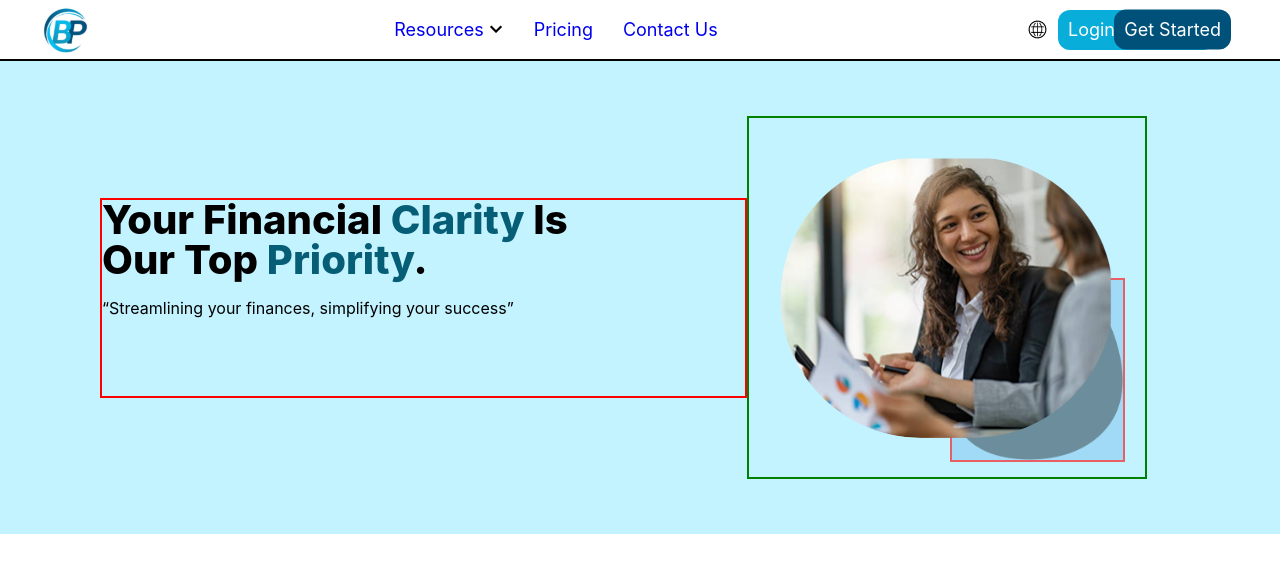
Repository: dark-txch/Bizpadi
Page: /
The author's editor kept a copy of each file at every save. The page is drawn from the files as they stood at one save, then again after the next save.
The browser window is 1280 px wide. The pictures show the whole page.
The project was rebuilt for these pictures with package versions that can differ from the ones it lists, and the page was loaded fresh each time. Also part of the build but not shown: vite.config.js.

Above is the page before, as saved 2025-04-02 05:13:26.

### index.html
<!DOCTYPE html>
<html lang="en">
	<head>
		<meta charset="UTF-8" />
		<link rel="icon" type="image/svg+xml" href="/public/logo.svg" />
		<meta name="viewport" content="width=device-width, initial-scale=1.0" />
		<title>Bizpadi</title>
	</head>
	<body>
		<div id="root"></div>
		<script type="module" src="/src/main.jsx"></script>
	</body>
</html>

### src/index.css
:root {
	font-family: system-ui, Avenir, Helvetica, Arial, sans-serif;
	line-height: 1.5;
	font-weight: 400;

	color-scheme: light dark;
	color: black;
	background-color: white;

	font-synthesis: none;
	text-rendering: optimizeLegibility;
	-webkit-font-smoothing: antialiased;
	-moz-osx-font-smoothing: grayscale;
}

* {
	box-sizing: border-box;
	padding: 0;
	margin: 0;
	outline: none;
	border: none;
}

body {
	height: 100vh;
	width: 100vw;
	overflow: hidden;

	font-family: "inter", sans-serif;
}

a {
	text-decoration: none;
}

### src/App.jsx
import "./App.css";
import Nav from "./components/LandingPage/Nav";
import MidSection from "./components/LandingPage/MidSection";

function App() {
	return (
		<>
			<Nav />
			<MidSection />
		</>
	);
}

export default App;

### src/App.css
/*  LANDING PAGE/Main container */

@font-face {
	font-family: "MyCustomFont";
	src: url("/fonts/Inter/Inter-Italic-VariableFont_opsz,wght.ttf")
			format("truetype"),
		url("/fonts/Inter/Inter-VariableFont_opsz,wght.ttf") format("truetype");
	font-weight: normal;
	font-style: normal;
}

nav.homepage-nav {
	/*  this is the parent container */
	width: 100vw;
	height: 61px;
	display: flex;
	font-size: 18px;
	align-items: center;
	justify-content: space-between;
	border-bottom: 2px solid #000;
	box-shadow: 1px 1px 2px 0px rgba(0, 0, 0, 0.25%);
}

nav.homepage-nav .logo {
	/* this is the first div "LOGO" */
	margin-left: 30px;
	margin-top: 10px;
}

nav.homepage-nav :nth-child(2) a {
	/* this is the middle div */
	width: 309px;
	height: 24px;
	position: relative;
}

.homepage-nav div:nth-child(2) a:nth-of-type(1) {
	margin-right: 50px;
}

.homepage-nav div:nth-child(2) a:nth-of-type(2) {
	margin-right: 30px;
}

nav.homepage-nav :nth-child(2) a > img {
	position: absolute;
}

.homepage-nav div:nth-child(3) {
	/* this is the login and get started container .. the third div*/
	width: 218px;
	height: 40px;
	display: flex;
	justify-content: center;
	align-items: center;
	gap: 10px;
	position: relative;
	color: white;
	border-radius: 12px;
	margin-right: 50px;
}

.homepage-nav div:nth-child(3) a:nth-of-type(1) {
	/* this is the login button */
	background-color: #09adda;
	color: inherit;
	display: inline-block;
	width: 157px;
	padding: 8px;
	height: inherit;
	padding-left: 10px;
	border-radius: inherit;
	display: flex;
	align-items: center;
}

.homepage-nav div:nth-child(3) a:nth-of-type(2) {
	/* this is the signup button */
	background-color: #00517a;
	color: inherit;
	display: inline-block;
	/* width: 110px; */
	padding-left: 10px;
	padding-right: 10px;
	height: inherit;
	border-radius: inherit;
	position: absolute;
	top: -2px;
	right: -10px;
	transform: translate(-9px, 1.5px);
	display: flex;
	align-items: center;
}

/* MIDSECTION */
.midSection {
	background-color: #c3f3ff;
	height: 473px;
	display: flex;
	align-items: center;
}

.landingPageMotto {
	display: inline-block;
	width: 647px;
	height: 200px;
	top: 166px;
	left: 113px;
	/* gap: 19px; */

	margin-left: 100px;

	border: 2px solid red;
}

.landingPageMotto > h1 {
	width: 538px;
	height: 96px;

	font-weight: 800;
	font-size: 40px;
	line-height: 100%;
	text-transform: capitalize;
}

.landingPageMotto > h1 span {
	color: #065d76;
}

.landingPageImages {
	position: relative;
	border: 2px solid green;
	width: 399.93px;
	height: 362.9px;
	display: flex;
	justify-content: center;
	align-items: center;
}

.landingPageImages > img {
	position: absolute;
}

.landingPageImages > img:nth-of-type(1) {
	width: 334.57px;
	height: 281.66px;
	border-radius: 150px;
	z-index: 100;
}

.landingPageImages > img:nth-of-type(2) {
	width: 175.07px;
	height: 184.4px;
	top: 160px;
	right: 20px;
	background-color: #65b0e799;
	opacity: 0.6;

	border: 2px solid red;
}

.landingPageImages > img:nth-of-type(3) {
}

### src/components/LandingPage/Nav.jsx
export default function Nav() {
	return (
		// Main Landing container, parent housing the landing page
		<>
			{/* Inside of the main is the nav element */}
			<nav className="homepage-nav">
				<div className="logo">
					<img src="/assets/icons/logo.svg" alt="Bizpadi icon" />
				</div>

				{/* Second div */}
				<div>
					<a href="#">
						Resources
						<img src="/assets/icons/dropdown.png" alt="dropdown icon" />
					</a>
					<a href="#">Pricing</a>
					<a href="#">Contact Us</a>
				</div>

				{/* Third div */}
				<div>
					<img src="/assets/icons/world.png" alt="world" />
					<a href="#">Login</a>
					<a href="#">Get Started</a>
				</div>
			</nav>
		</>
	);
}

### src/components/LandingPage/MidSection.jsx
export default function MidSection() {
	return (
		<section className="midSection">
			<div className="landingPageMotto">
				<h1>
					Your financial <span>clarity</span> is our top <span>priority</span>.
				</h1>
				<p>“Streamlining your finances, simplifying your success”</p>
			</div>

			{/* This is the images section in the mid section */}
			<div className="landingPageImages">
				<img src="/assets/images/smiley.png" alt="smiley" />
				<img src="/assets/images/Vector-black.png" alt="vector-black" />
				<img src="/assets/images/Vector-blue.png" alt="vector-blue" />
				<img src="/assets/images/Vector-orange.png" alt="vector-orange" />
				<img src="/assets/images/Vector.png" alt="vector" />
			</div>
		</section>
	);
}

Loaded but not shown: src/main.jsx (common file)

After the next save:
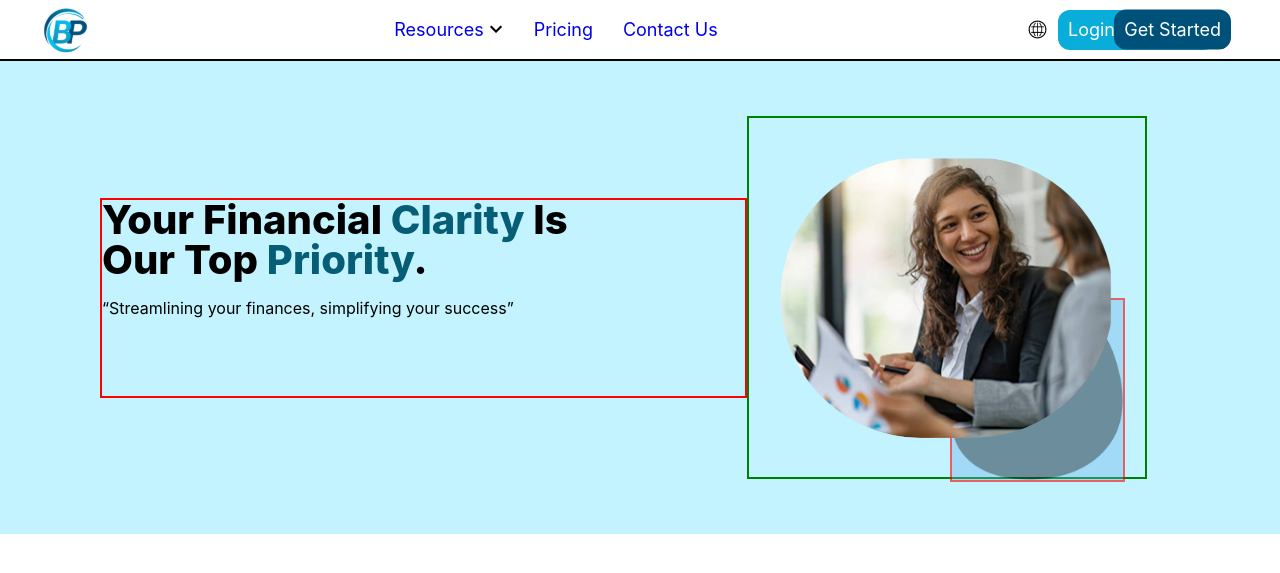
Saved 11 s later.
--- a/src/App.css
+++ b/src/App.css
@@ -151,7 +151,7 @@ nav.homepage-nav :nth-child(2) a > img {
 .landingPageImages > img:nth-of-type(2) {
 	width: 175.07px;
 	height: 184.4px;
-	top: 160px;
+	top: 180px;
 	right: 20px;
 	background-color: #65b0e799;
 	opacity: 0.6;
